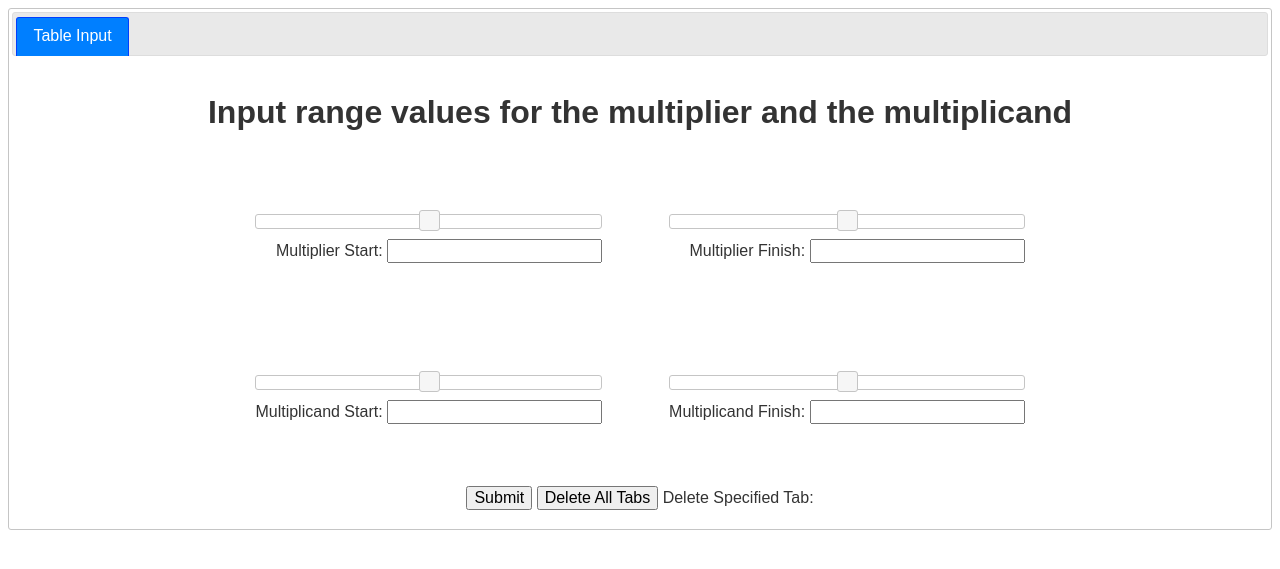
Repository: khrasna/HW4Part2
Page: index.html
The author's editor kept a copy of each file at every save. The page is drawn from the files as they stood at one save, then again after the next save.
The browser window is 1280 px wide. The pictures show the whole page.
Some web libraries are served in a nearby version.

Above is the page before, as saved 2021-11-15 20:35:13.

### index.html
<!-- HTML file for Assignment 3
By Karsten Hrasna  email Karsten_Hrasna@student.uml.edu-->
<!DOCTYPE html>
<html>

<head>
    <title>Multiplication Table</title>
    <link rel="stylesheet" href="style.css">
    <script type="text/javascript" src="https://ajax.googleapis.com/ajax/libs/jquery/3.5.1/jquery.min.js"></script>
    <script type="text/javascript" src="dist/jquery.validate.min.js"></script>
    <script type="text/javascript" src="formvalidate.js"></script>
    <script type="text/javascript"
        src="https://ajax.googleapis.com/ajax/libs/jqueryui/1.11.4/jquery-ui.min.js"></script>
    <link rel="stylesheet" href="https://ajax.googleapis.com/ajax/libs/jqueryui/1.11.4/themes/smoothness/jquery-ui.css">
</head>

<body>

    <div id="tabs">
        <ul>
            <li><a href='#tab1'>Table Input</a></li>
        </ul>
        <div id="tab1">
            <h1>Input range values for the multiplier and the multiplicand</h1>
            <!-- Learned from W3schools. Creates a form which takes number ranges for multiplier and multiplicand. -->
            <form id="FormInput" action="javascript:void(0);" method="get">
                <!--Learned about javascript:void(0) from Dutchie432 at https://stackoverflow.com/questions/1818249/form-with-no-action-and-where-enter-does-not-reload-page-->
                <table>
                    <tr>

                        <td class="pad">
                            <div id="slider-1"></div>
                            Multiplier Start: <input input="text" name="MultiplierStart">
                        </td>

                        <td>
                            <div id="slider-2"></div>
                            Multiplier Finish: <input type="text" name="MultiplierFinish">
                        </td>
                    </tr>
                    <tr>
                        <td class="pad">
                            <div id="slider-3"></div>
                            Multiplicand Start: <input type="text" name="MultiplicandStart">
                        </td>

                        <td>
                            <div id="slider-4"></div>
                            Multiplicand Finish: <input type="text" name="MultiplicandFinish">
                        </td>
                    </tr>
                </table>
                <input type="submit" value="Submit">
                <input type="button" name="clear" value="Delete All Tabs">
                <label type="text" name="clearx">Delete Specified Tab:</label>
                <!--goes directly under form and processes the input to create a mult table-->
            </form>
        </div>
    </div>


</body>

</html>

### style.css
/*Created by Karsten Hrasna. email: Karsten_Hrasna@student.uml.edu*/
html,
body {
    height: 97%;
    text-align: center;
}

#slider-1,
#slider-2,
#slider-3,
#slider-4 {
    margin-bottom: 10px;
    margin-top: 10px;
}

div#tab1 {
    display: grid;
    grid-template-columns: 100%;
    /* top row of grid holds the form for input, the rest of page holds the multiplication table*/
    grid-template-rows: auto;
    height: 97%;

}

#multTable {
    margin: auto;
    border-collapse: separate;
    border-spacing: 0;
    /*the dynamically sized multiplication table */
    margin-top: 0px;
    border-bottom: 0px;

}

input[type=submit] {
    /* submit button under form spaced here */
    margin-top: 10px;
    margin-bottom: 0px;
}

#multTable td,
th {
    border: solid;
    border-color: black;
    min-width: 70px;
    font-size: 30px;
    height: 70px;
}


#multTable th {
    position: sticky;
    top: 0px;
    border-right: solid;
    border-right-color: white;
    border-bottom: solid;
    border-bottom-color: white;
    background-color: black;
    color: white;

}

#multTable th:first-child {
    position: sticky;
    top: 70px;
    left: 0;
}


.sticky {
    position: fixed;
    top: 0px;
    /* get the headers to stay fixed on mult table */
    width: 100%;
}

#multTable tr:first-child th:first-child {
    border: none;
    background-color: white;
}

#multTable p.inputError {
    margin: 0px;
}

form {
    margin-bottom: 0px;
}

table {
    margin-left: auto;
    margin-right: auto;
}

form td {
    text-align: right;
    justify-content: right;
    padding: 50px;
    /*line up the input form textboxes*/
}

form p {
    margin: 0px;
}

td.pad {
    padding-right: 15px;
}

### formvalidate.js
var tabs;

$(function () {
    $("#tabs").tabs();

    $("#slider-1").slider({
        min: -50,                       //initialize the four sliders to set the values of their respective input boxes
        max: 50,
        slide: function (event, ui) {
            $('input[name="MultiplierStart"]').val(ui.value);
        }
    });
    $("#slider-2").slider({
        min: -50,
        max: 50,
        slide: function (event, ui) {
            $('input[name="MultiplierFinish"]').val(ui.value);
        }
    });
    $("#slider-3").slider({
        min: -50,
        max: 50,
        slide: function (event, ui) {
            $('input[name="MultiplicandStart"]').val(ui.value);
        }
    });
    $("#slider-4").slider({
        min: -50,
        max: 50,
        slide: function (event, ui) {
            $('input[name="MultiplicandFinish"]').val(ui.value);
        }
    });

    $('input[name="MultiplierStart"]').on('keyup', function () { //if the input boxes values are changed, set the slider to that value
        $("#slider-1").slider("option", "value", $('input[name="MultiplierStart"]').val());
    });

    $('input[name="MultiplierFinish"]').on('keyup', function () {
        $("#slider-2").slider("option", "value", $('input[name="MultiplierFinish"]').val());
    });

    $('input[name="MultiplicandStart"]').on('keyup', function () {
        $("#slider-3").slider("option", "value", $('input[name="MultiplicandStart"]').val());
    });

    $('input[name="MultiplicandFinish"]').on('keyup', function () {
        $("#slider-4").slider("option", "value", $('input[name="MultiplicandFinish"]').val());
    });


    $.validator.addMethod("less", function (value, element, params) {
        if (params[0].value == "") {
            return true; // dont want it to say that the start has to be greater than finish if no finish given. instead it will say to give finish value in other error
        } else {
            return this.optional(element) || +value <= +params[0].value;

        } //checks to make sure that the starts are less than the finishes, learned from
    });                                                           // https://jqueryvalidation.org/jQuery.validator.addMethod/

    $('input[value="Submit"]').on("click", function () {

        $("#FormInput").validate({
            onkeyup: false,     //this makes it so the validator doesnt update the error messages whenever new input is typed. only validates when submit is hit.
            onfocusout: false,  //learned about onkeyup, and onfocusout at https://www.sitepoint.com/jquery-validation-validate-form-submit/
            rules: {
                MultiplierStart: {
                    range: [-50, 50],
                    less: $('input[name="MultiplierFinish"]'),
                    required: true

                },
                MultiplierFinish: {
                    required: true,
                    range: [-50, 50]
                },

                MultiplicandStart: {
                    range: [-50, 50],
                    less: $('input[name="MultiplicandFinish"]'),
                    required: true
                },

                MultiplicandFinish: {
                    range: [-50, 50],
                    required: true
                }
            },

            messages: {
                MultiplierStart: {
                    required: "Multiplier Start must be a digit between -50 and 50",
                    range: "The range of Multiplier Start must stay within -50 and 50 and only contain numerical digits",
                    less: "The value of Multiplier Start must be less than or equal to Multiplier Finish."
                },

                MultiplierFinish: {
                    required: "Multiplier Finish must be a digit between -50 and 50",
                    range: "The range of Multiplier Finish must stay within -50 and 50 and only contain numerical digits",
                },

                MultiplicandStart: {
                    required: "Multiplicand Start must be a digit between -50 and 50",
                    range: "The range of Multiplicand Start must stay within -50 and 50 and only contain numerical digits",
                    less: "The value of Multiplicand Start must be less than or equal to Multiplicand Finish."
                },

                MultiplicandFinish: {
                    required: "Multiplicand Finish must be a digit between -50 and 50",
                    range: "The range of Multiplicand Finish must stay within -50 and 50 and only contain numerical digits",
                }
            },

            errorPlacement: function (error, element) {
                $(error).appendTo($(('#FormInput')));
            },
            errorElement: "p"

        });

        if ($("#FormInput").valid()) {
            process();
        }

    });

    $('input[name="clear"]').on("click", function () {
        for (var i = 2; i <= tabs; i++) {
            $("#tab" + i).remove();
            $("#tabs").find("li:not(:first)").remove();
            $("#tabs").tabs('refresh');
        }
    });

});

function process() {
    var multStart = $('input[name="MultiplierStart"]').val();
    var multFinish = $('input[name="MultiplierFinish"]').val();
    var multiplicandStart = $('input[name="MultiplicandStart"]').val();
    var multiplicandFinish = $('input[name="MultiplicandFinish"]').val();

     //clear old table and create a table with size based on input given
    const rowVals = [];
    const colVals = []; //these will hold the values of the multiplier and multiplicand
    var rows = multFinish - multStart;
    var cols = multiplicandFinish - multiplicandStart;
    tabs = $("#tabs ul li").length + 1; //number of tabs, learned from https://stackoverflow.com/questions/14702631/in-jquery-ui-1-9-how-do-you-create-new-tabs-dynamically
    for (var i = 0; i <= cols; i++) {
        colVals[i] = (+multiplicandStart + +i); //save the values of the numbers being multiplied
    }
    for (var i = 0; i <= rows; i++) {
        rowVals[i] = (+multStart + +i);
    }
    var table = createTable(rows, cols, rowVals, colVals); //create table based on total rows and cols, and top and left are the sets of multipliers and multiplicands
    table.id = "multTable";
    //adds list item to tab list with parameters as title
    $("#tabs ul").append("<li><a href='#tab" + tabs + "'>" + multStart + " " + multFinish + " " + multiplicandStart + " " + multiplicandFinish + "</a></li>");
    $("#tabs").append("<div id='tab" + tabs + "'></div>"); //also learned from https://stackoverflow.com/questions/14702631/in-jquery-ui-1-9-how-do-you-create-new-tabs-dynamically
    $("#tab" + tabs).append(table); //adds the table to a new tab
    $("#tabs").tabs("refresh");

}

function createTable(rows, cols, rowVals, colVals) {
    var t = document.createElement('table');
    for (var x = 0; x <= rows + 1; x++) { // rows and cols + 1 to indicate ranges of numbers
        var r = document.createElement('tr');
        t.appendChild(r);
        for (var y = 0; y <= cols + 1; y++) {   //creates the cols of the table row by row
            if (y == 0) {
                var c = document.createElement('th'); //create and insert element based on position in table
                c.id = "topHeader";
                if (x != 0) {
                    c.innerHTML = rowVals[x - 1]; // - 1 because it is moved over 1 to the right
                }
            } else if (x == 0) {
                var c = document.createElement('th');
                if (y != 0) {
                    c.innerHTML = colVals[y - 1];
                }
            } else {
                var c = document.createElement('td');
                c.innerHTML = rowVals[x - 1] * colVals[y - 1];
                if (((y % 2) + (x % 2)) == 0 || ((y % 2) + (x % 2)) == 2) { // checker board effect
                    c.style.backgroundColor = "gray";
                }
            }
            r.appendChild(c);
        }
    }
    return t;
}

Loaded but not shown: dist/jquery.validate.min.js (library)

After the next save:
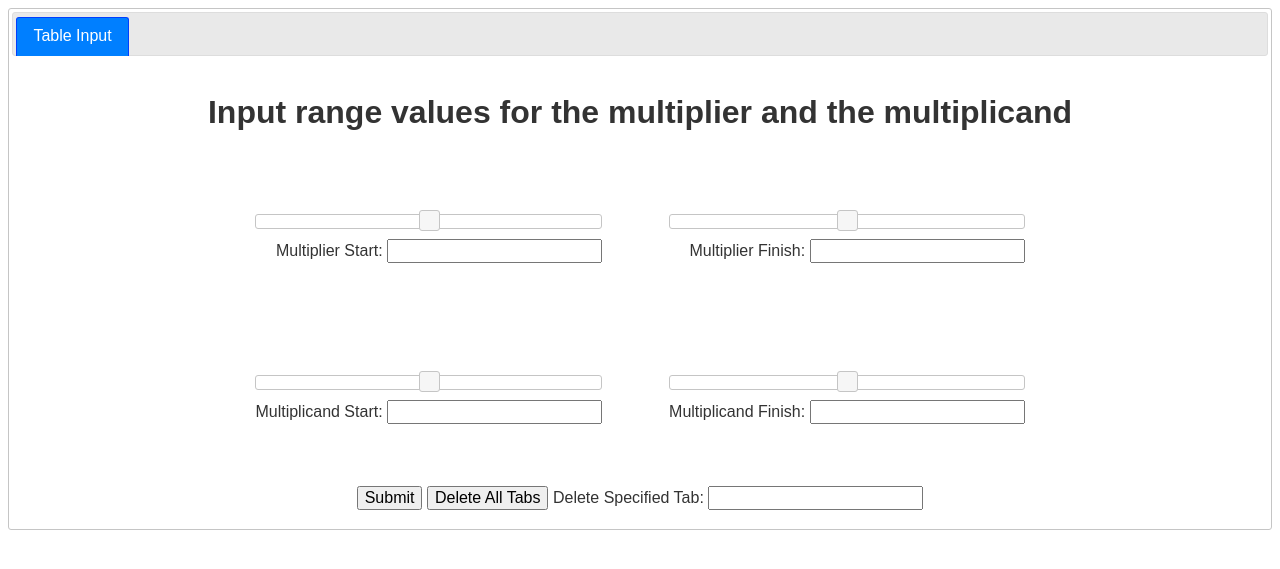
Saved 28 s later.
--- a/index.html
+++ b/index.html
@@ -53,6 +53,7 @@ By Karsten Hrasna  email Karsten_Hrasna@student.uml.edu-->
                 <input type="submit" value="Submit">
                 <input type="button" name="clear" value="Delete All Tabs">
                 <label type="text" name="clearx">Delete Specified Tab:</label>
+                <input type="text" name="clearinput">
                 <!--goes directly under form and processes the input to create a mult table-->
             </form>
         </div>
